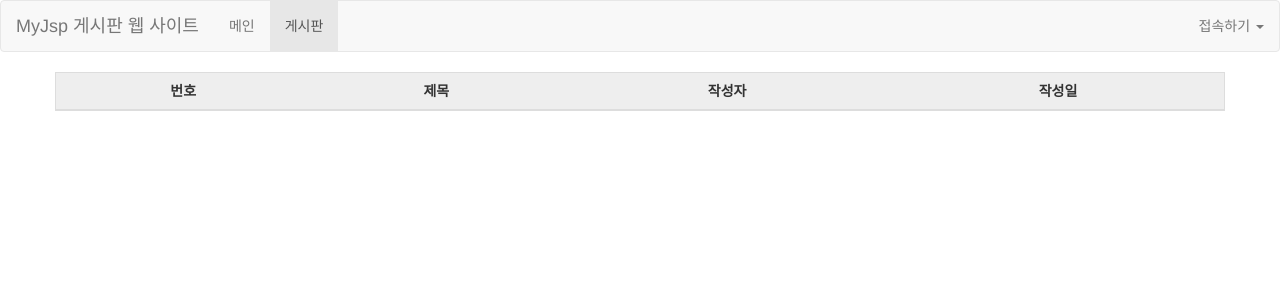
Repository: Ji3un/JspBoard
Page: http://localhost/BBS/bbs.jsp
These files come from the project's save history. The page is drawn as it stood at one moment and after the next save; the edit follows.
The browser window is 1280 px wide. The pictures show the whole page.
Some web libraries are served in a nearby version. The page is served by Tomcat 9. Other server files are loaded and not shown.

Above is the page before, as saved 2017-10-03 12:40:43.

### BBS/WebContent/bbs.jsp
<%@ page language="java" contentType="text/html; charset=UTF-8"
	pageEncoding="UTF-8"%>
<%@ page import="java.io.PrintWriter"%>
<!DOCTYPE html>
<html>
<head>
<meta name="viewport" content="width=device-width" , initial-scale="1">
<meta http-equiv="Content-Type" content="text/html; charset=UTF-8">
<link rel="stylesheet" href="css/bootstrap.css">
<title>Welcome</title>
</head>
<body>
	<%
		String userID = null;
		if (session.getAttribute("userID") != null) {
			userID = (String) session.getAttribute("userID");
		}
	%>
	<nav class="navbar navbar-default">
		<div class="navbar-header">
			<button type="button" class="navbar-toggle collapsed"
				data-toggle="collapse" data-target="#bs-example-navbar-collapse-1"
				aria-expanded="false">
				<span class="icon-bar"></span> <span class="icon-bar"></span> <span
					class="icon-bar"></span>
			</button>
			<a class="navbar-brand" href="main.jsp">MyJsp 게시판 웹 사이트</a>
		</div>
		<div class="collapse navbar-collapse"
			id="#bs-example-navbar-collapse-1">
			<ul class="nav navbar-nav">
				<li><a href="main.jsp">메인</a></li>
				<li class="active"><a href="bbs.jsp">게시판</a></li>
			</ul>
			<%
				if (userID == null) {
			%>
			<ul class="nav navbar-nav navbar-right">
				<li class="dropdown"><a class="dropdown-toggle"
					data-toggle="dropdown" role="button" href="#" aria-haspopup="true"
					aria-expanded="false"> 접속하기 <span class="caret"></span>
				</a>
					<ul class="dropdown-menu">
						<li><a href="login.jsp">로그인</a></li>
						<li><a href="join.jsp">회원가입</a></li>
					</ul></li>
			</ul>
			<%
				} else {
			%>
			<ul class="nav navbar-nav navbar-right">
				<li class="dropdown"><a class="dropdown-toggle"
					data-toggle="dropdown" role="button" href="#" aria-haspopup="true"
					aria-expanded="false"> 회원관리<span class="caret"></span>
				</a>
					<ul class="dropdown-menu">
						<li><a href="logoutAction.jsp">로그아웃</a></li>
					</ul></li>
			</ul>
			<%
				}
			%>
		</div>
	</nav>
	<div class="container">
		<div class="row">
			<table class="table table-striped" style="text-align:center; border:1px solid #dddddd;">
				<thead>
					<tr>
						<th style="background-color:#eeeeee; text-align:center;">번호</th>
						<th style="background-color:#eeeeee; text-align:center;">제목</th>
						<th style="background-color:#eeeeee; text-align:center;">작성자</th>
						<th style="background-color:#eeeeee; text-align:center;">작성일</th>
					</tr>
				</thead>
			</table>
		</div>
	</div>
	<script src="https://code.jquery.com/jquery-3.2.1.min.js"></script>
	<script src="js/bootstrap.js"></script>
</body>
</html>

Loaded but not shown: BBS/WebContent/css/bootstrap.css (library); BBS/WebContent/js/bootstrap.js (library)

After the next save:
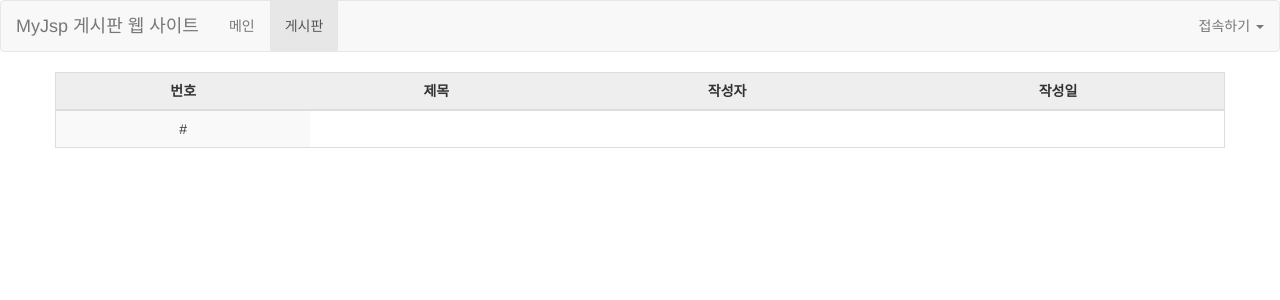
Saved 43 s later.
--- a/BBS/WebContent/bbs.jsp
+++ b/BBS/WebContent/bbs.jsp
@@ -73,6 +73,11 @@
 						<th style="background-color:#eeeeee; text-align:center;">작성일</th>
 					</tr>
 				</thead>
+				<tbody>
+					<tr>
+						<td>#</td>
+					</tr>
+				</tbody>
 			</table>
 		</div>
 	</div>
